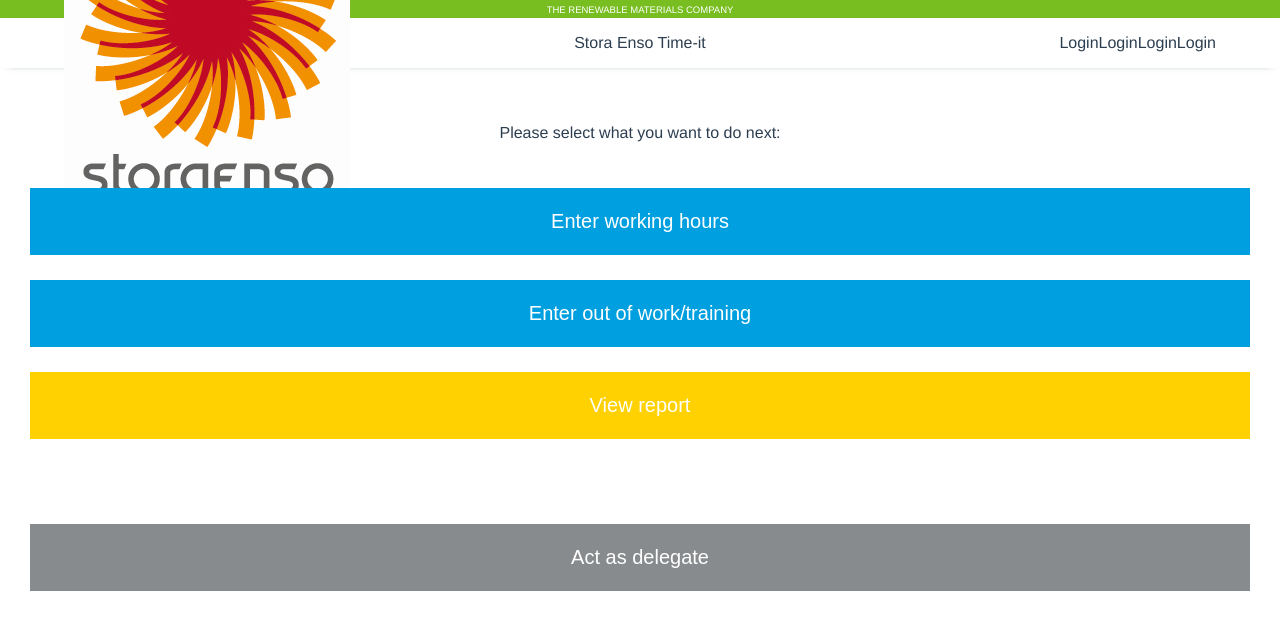
Repository: marianreha/vue-timeit
Page: /
An editor plug-in stored every save of this project. The page is shown before and after the next save, followed by the edit.
The browser window is 1280 px wide. The pictures show the whole page.
Some web fonts or font styles are not loaded; a fallback is used. The project was rebuilt for these pictures with package versions that can differ from the ones it lists, and the page was loaded fresh each time. Also part of the build but not shown: vue.config.js.

Above is the page before, as saved 2020-03-29 21:55:02.

### src/App.vue
<template>
  <div id="app">
    <Navbar />
    <Home />
  </div>
</template>

<script>
import Navbar from './components/Navbar'
import Home from './components/Home'

export default {
  name: 'App',
  components: {
    Navbar,
    Home,
  }
}
</script>

<style>
@import url(//db.onlinewebfonts.com/c/2afedaab5a5177410b408023384af22d?family=HelveticaNeueLTW01-55Roman);

#app {
  font-family: Helvetica, Arial, sans-serif;
  -webkit-font-smoothing: antialiased;
  -moz-osx-font-smoothing: grayscale;
  text-align: center;
  color: #2c3e50;
  padding: 0px;
}

body {
  margin: 0;
}

* {
    cursor: default;
}

</style>

### src/components/Navbar.vue
<template>
  <div>
      <div class="navbar-green">
          The renewable materials company
      </div>
      <div class="navbar-main">
          <div class="child"><span><img class="logo" src="../assets/logo.jpg" alt="logo"></span></div>
          <div class="child"><span>Stora Enso Time-it</span></div>
          <div class="child"><span>LoginLoginLoginLogin</span></div>
      </div>
  </div>
</template>

<script>
export default {
    name: 'Navbar',
}
</script>

<style>
.navbar-green {
    padding: 4px 0 3px 0;
    background-color: #78BE20;
    color: #FFFFFF;
    font-size: 9.5px;
    text-transform: uppercase;
}

.navbar-main {
    display: flex;
    height: 2rem;
    align-items: center;
    padding: 25px 5%;
    box-shadow: 0 3px 8px -8px;
    box-sizing: border-box;
    flex: 1;
}

.child {
    flex: 1;
    display: flex;
    justify-content: center;
}

.child:first-child > span {
    margin-right: auto;
}

.child:last-child > span {
    margin-left: auto;
}

/* .logo {
    height: 40px;
} */

.title {
    font-weight: bold;
    font-size: 17px;
    flex-grow: 1;
}

.user {
    margin-left: auto;
}

/* .navbar-main {
    display: flex;
    height: 2rem;
    justify-content: space-between;
    align-items: center;
    padding: 25px 5%;
    box-shadow: 0 3px 8px -8px;
    box-sizing: border-box;
    flex: 1;
}

.logo {
    height: 40px;
    margin-right: auto;
}

.title {
    font-weight: bold;
    font-size: 17px;
    flex-grow: 1;
}

.user {
    margin-left: auto;
} */

</style>>

### src/components/Home.vue
<template>
    <div>
        <p>Please select what you want to do next:</p>
        <div class="container">
            <button class="btn">Enter working hours</button>
            <button class="btn">Enter out of work/training</button>
            <button class="btn btn-yellow">View report</button>
            <button class="btn btn-delegate">Act as delegate</button>
        </div>
    </div>
</template>

<script>
export default {
    name: "Home"
}
</script>

<style>
p {
    padding: 40px 0 30px 0;
}

.container {
    padding: 0 30px;
    display: flex;
    flex-direction: column;
}

.btn {
    padding: 22px;
    margin-bottom: 25px;
    background-color: #009FDF;
    border: none;
    outline: none;
    color: #ffffff;
    font-size: 20px;
}

.btn:hover {
    background-color: #006cbe;
}

.btn-yellow {
    background-color: #FFD100;
}

.btn-delegate {
    background-color: #888B8D;
    margin-top: 60px;
}

</style>

Loaded but not shown: public/index.html (common file); src/main.js (common file)

After the next save:
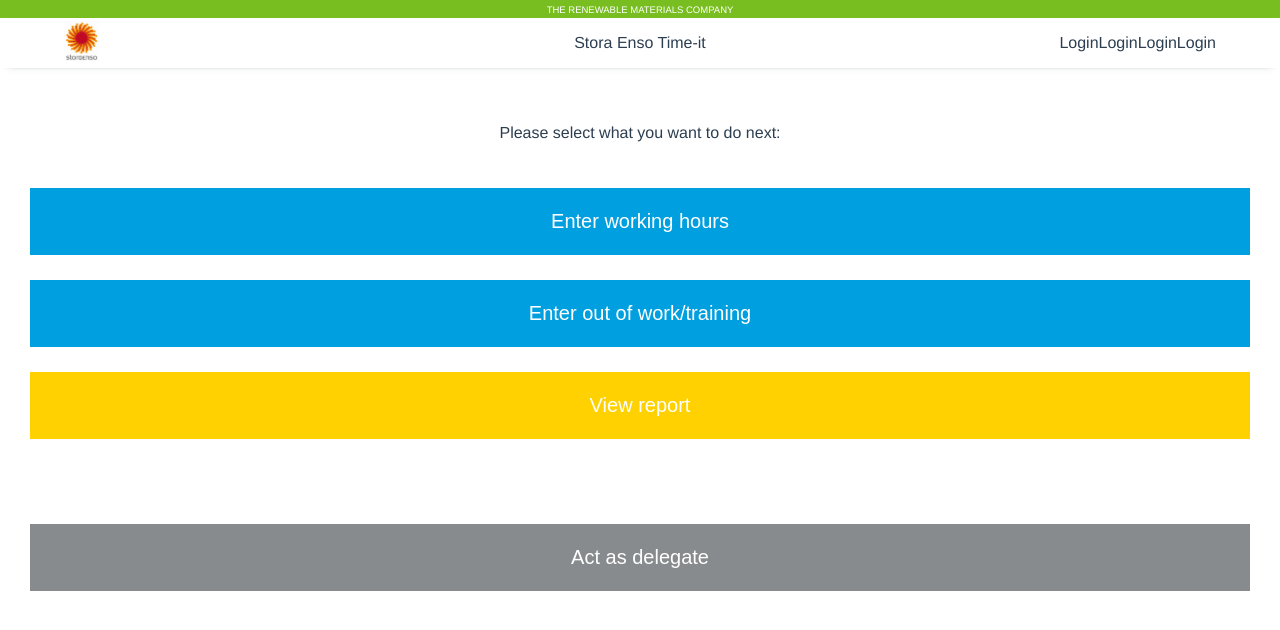
Saved 6 s later.
--- a/src/components/Navbar.vue
+++ b/src/components/Navbar.vue
@@ -50,9 +50,9 @@
     margin-left: auto;
 }
 
-/* .logo {
+.logo {
     height: 40px;
-} */
+}
 
 .title {
     font-weight: bold;
